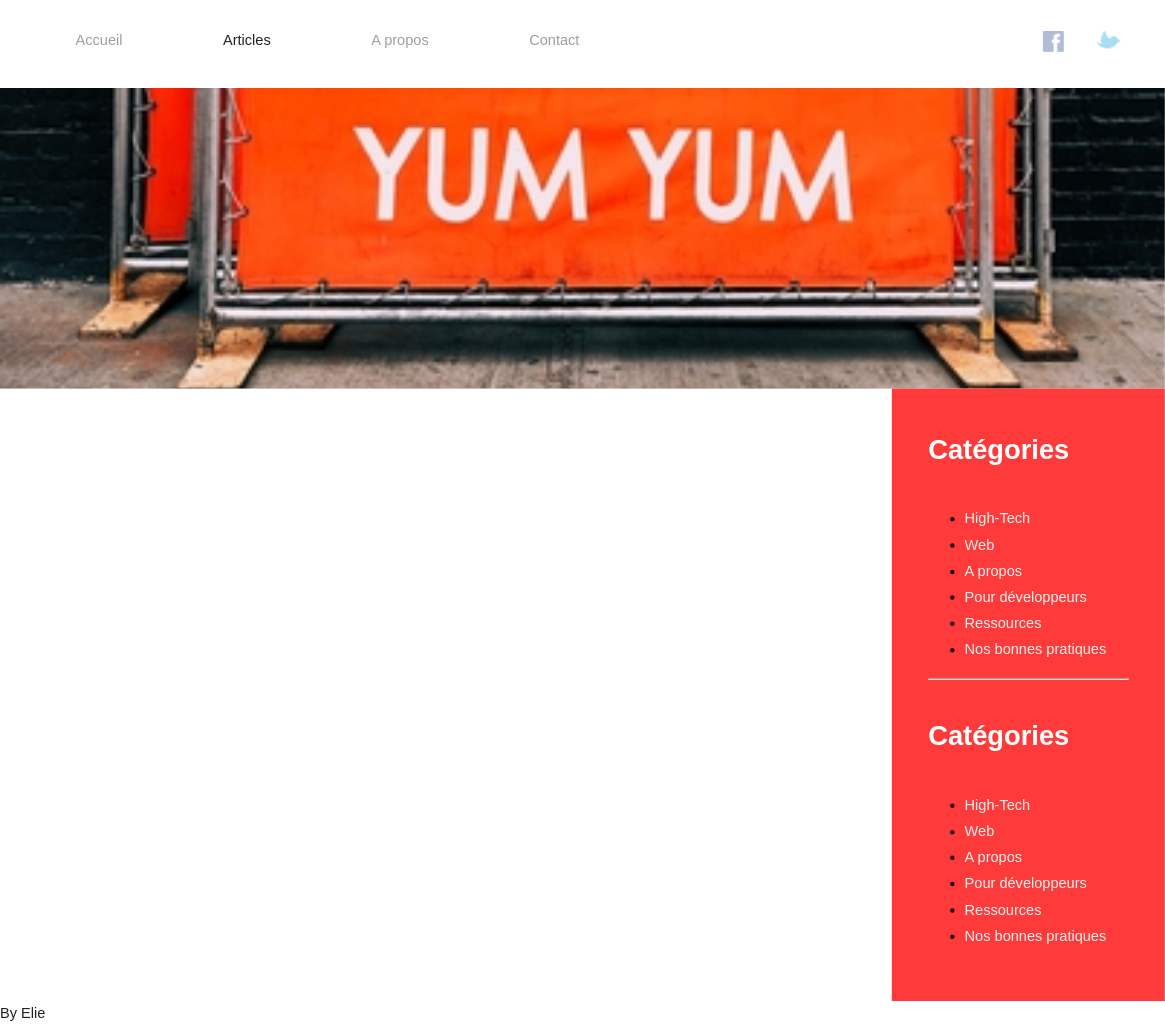
Repository: Elie-Dey/blog-train
Page: index.html
These files come from the project's save history. The page is drawn as it stood at one moment and after the next save; the edit follows.
The browser window is 1280 px wide. The pictures show the whole page, at 91% of full size.

Above is the page before, as saved 2020-06-17 02:05:50.

### index.html
<!DOCTYPE html>
<html lang="en">
<head>
    <meta charset="UTF-8">
    <meta name="viewport" content="width=device-width, initial-scale=1.0">
    <link rel="stylesheet" href="style.css">
    <title>Mon blog</title>
</head>
<body>
    <header class="topbar">
        <nav>
            <a href="index.html">Accueil</a>
            <a href="articles.html" class="active"> Articles</a>
            <a href="about.html">A propos</a>
            <a href="apropos.html">Contact</a>
        </nav>
        <div class="social">
            <a href="#"> <img src="images/fb.png" alt="Facebook"></a>
            <a href="#"> <img src="images/twitter.png" alt="Twitter"></a>
        </div>
    </header>
    <div class="banniere"></div>
    <main class="main">

    </main>
    <aside class="sidebar">
        <h4 class="sidebar-title">Catégories</h4>
        <ul>
            <li><a href="#">High-Tech</a></li>
            <li><a href="#">Web</a></li>
            <li><a href="#">A propos</a></li>
            <li><a href="#">Pour développeurs</a></li>
            <li><a href="#">Ressources</a></li>
            <li><a href="#">Nos bonnes pratiques</a></li>
        </ul>
        <hr>
        <h4 class="sidebar-title">Catégories</h4>
        <ul>
            <li><a href="#">High-Tech</a></li>
            <li><a href="#">Web</a></li>
            <li><a href="#">A propos</a></li>
            <li><a href="#">Pour développeurs</a></li>
            <li><a href="#">Ressources</a></li>
            <li><a href="#">Nos bonnes pratiques</a></li>
        </ul>


    </aside>
    <footer class="footer">
        By Elie
    </footer>
</body>
</html>

### style.css
*{
    box-sizing: border-box;
}
body
{
    margin: 0;
    font-size: 16px;
    font-family: sans-serif;
    color: rgba(0, 0, 0, .87);
    line-height: 1.8;
}
.topbar{

    position: fixed;
    top: 0;
    right: 0;
    left: 0;
    width: 100%;
    background-color: white;
    padding: 30px ;
}
.topbar nav{
    float: left;
}
.topbar nav a {
    color: #9f9f9f;
    text-decoration: none;
    font-weight: 500;
    padding: 0 53px;
}

.topbar nav a:hover , .topbar nav a.active{
    color:  rgba(0, 0, 0, .87);
}

 .social {
    float: right;
}

.social a
{
    padding: 0 12px;
    opacity: .4;
}
.social a:hover
{
    opacity: 1;
}

.banniere {
    height: 427px;
    background: no-repeat center center / cover url("images/banniere.jpg") ;

}
.main
{
    float:left;
    width: calc(100% - 300px);
    background: white;

}
.sidebar
{
    float: right;
    background:rgb(255, 58, 58);
    width: 300px;
    padding: 40px;
}
.sidebar a
{
    text-decoration: none;
    color: rgb(243, 241, 239);
}
.sidebar ul
{

}
.sidebar a:hover
{
    text-decoration: underline;
}
.sidebar-title
{
    font-size: 30px;
    color: white;
    margin: 35px 0;
}
.sidebar-title:first-child
{
    margin-top: 0;
}
.footer
{
    clear: both;
}

After the next save:
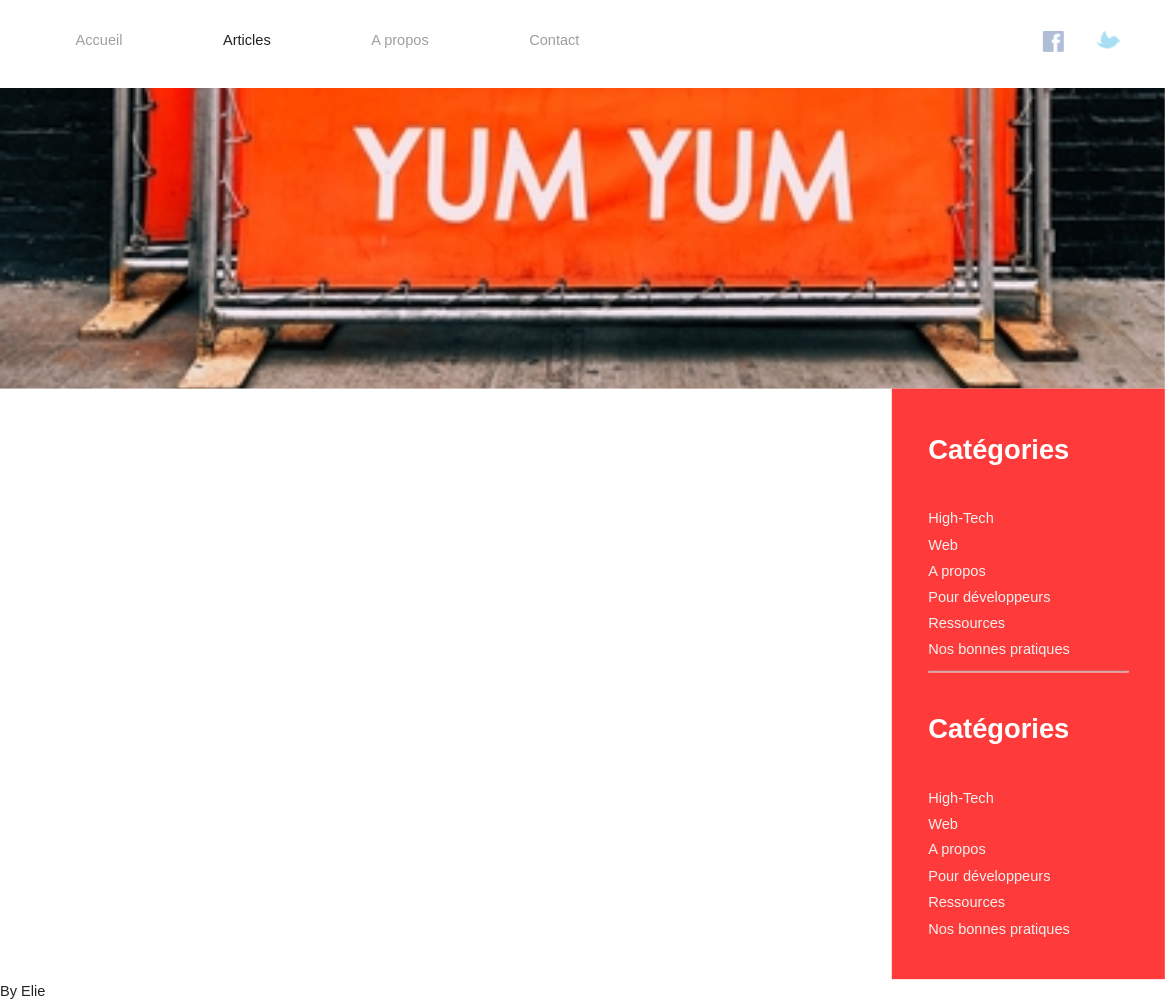
Saved 21 s later.
--- a/style.css
+++ b/style.css
@@ -73,7 +73,9 @@ body
 }
 .sidebar ul
 {
-
+    margin: 0;
+    padding: 0;
+    list-style: none;
 }
 .sidebar a:hover
 {
